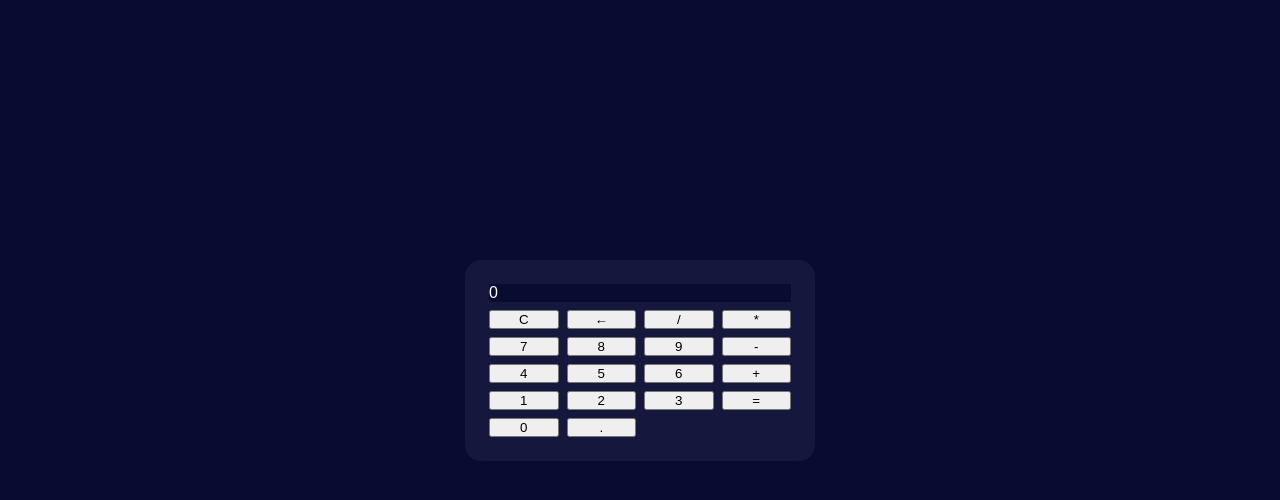
Repository: Herinyhert/Calculator
Page: index.html
The author's editor kept a copy of each file at every save. The page is drawn from the files as they stood at one save, then again after the next save.
The browser window is 1280 px wide. The pictures show the whole page.

Above is the page before, as saved 2023-05-21 20:47:10.

### index.html
<html lang="en">
<head>
    <meta charset="UTF-8">
    <meta http-equiv="X-UA-Compatible" content="IE=edge">
    <meta name="viewport" content="width=device-width, initial-scale=1.0">
    <title>Calculator</title>
    <link rel="stylesheet" href="./css/main.css">
</head>
<body>
    <div class="calculator">
        <div class="window">0</div>
        <button id="c" class="btn">C</button>
        <button id="delete"class="btn">←</button>
        <button class="btn">/</button>
        <button class="btn">*</button>
        <button class="btn">7</button>
        <button class="btn">8</button>
        <button class="btn">9</button>
        <button class="btn">-</button>
        <button class="btn">4</button>
        <button class="btn">5</button>
        <button class="btn">6</button>
        <button class="btn">+</button>
        <button class="btn">1</button>
        <button class="btn">2</button>
        <button class="btn">3</button>
        <button id="equal" class="btn">=</button>
        <button id="cero" class="btn">0</button>
        <button class="btn">.</button>
    </div>

    <script src="./JS/main.js"></script>
</body>
</html>

### css/main.css
*{
    margin: 0;
    padding: 0;
    box-sizing: border-box;
    font-family: sans-serif;
}

body{
    min-height: 100vh;
    background-color: #090c31;
    display: flex;
    justify-content: center;
    align-items: center;
}

.calculator{
    background-color: #15173c;
    color: white;
    width: 350px;
    max-width: 100%;
    padding: 1.5rem;
    border-radius: 1rem;
    display: grid;
    grid-template-columns: repeat(4, 1fr);
    gap: .5rem;
}

.window{
    grid-column: 1 / -1;
    background-color: #090c31;
    padding: ;
}

Loaded but not shown: JS/main.js (no stored copy; drawn as an empty file)

After the next save:
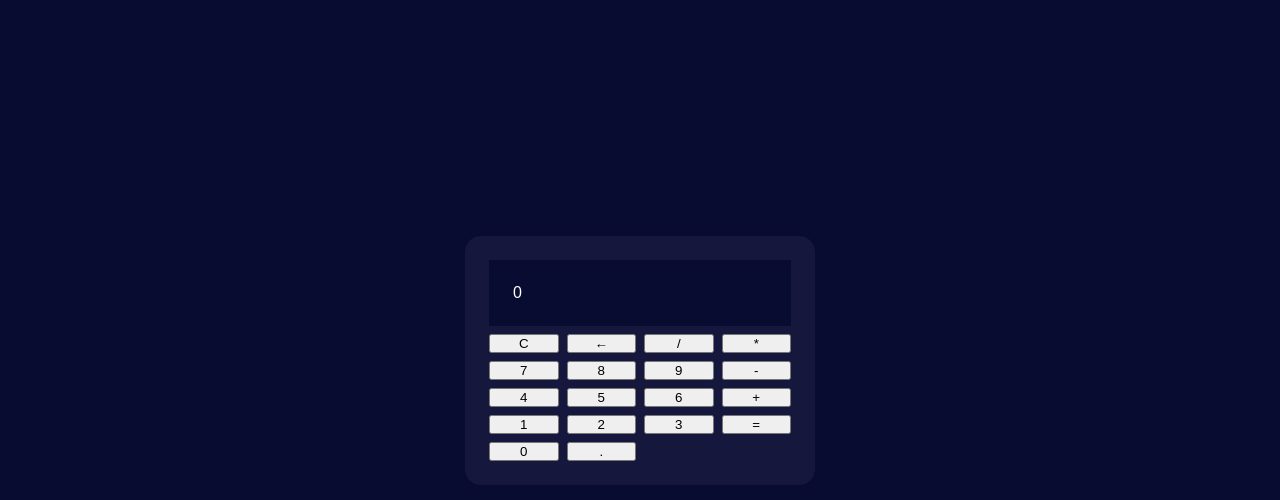
Saved 5 s later.
--- a/css/main.css
+++ b/css/main.css
@@ -28,5 +28,6 @@ body{
 .window{
     grid-column: 1 / -1;
     background-color: #090c31;
-    padding: ;
+    padding: 1.5rem;
+
 }
